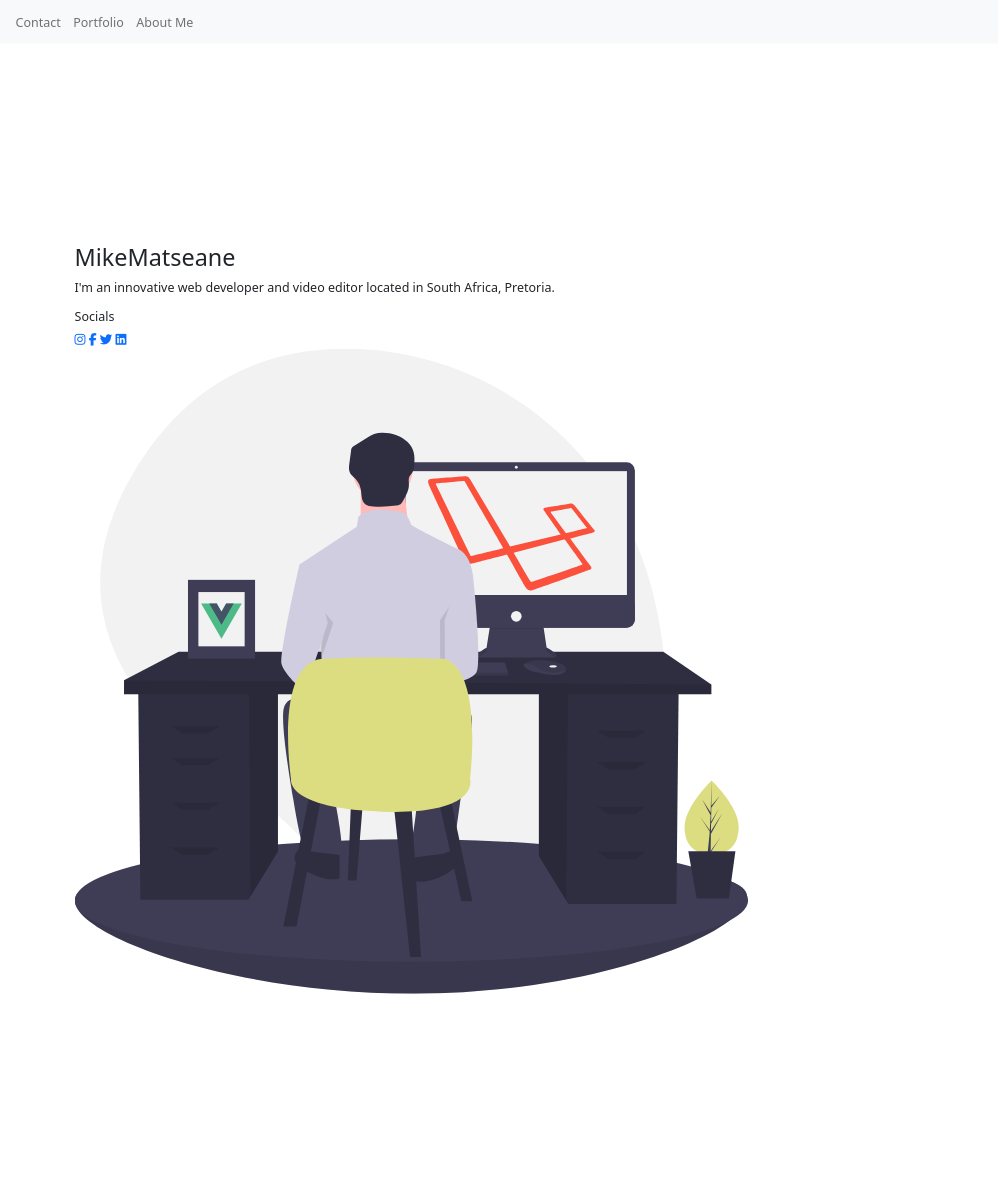
Repository: mikempho/resume10-Final
Page: resume10.html
These files come from the project's save history. The page is drawn as it stood at one moment and after the next save; the edit follows.
The browser window is 1280 px wide. The pictures show the whole page, at 78% of full size.
Some web libraries are served in a nearby version.

Above is the page before, as saved 2022-05-16 13:52:03.

After the next save:
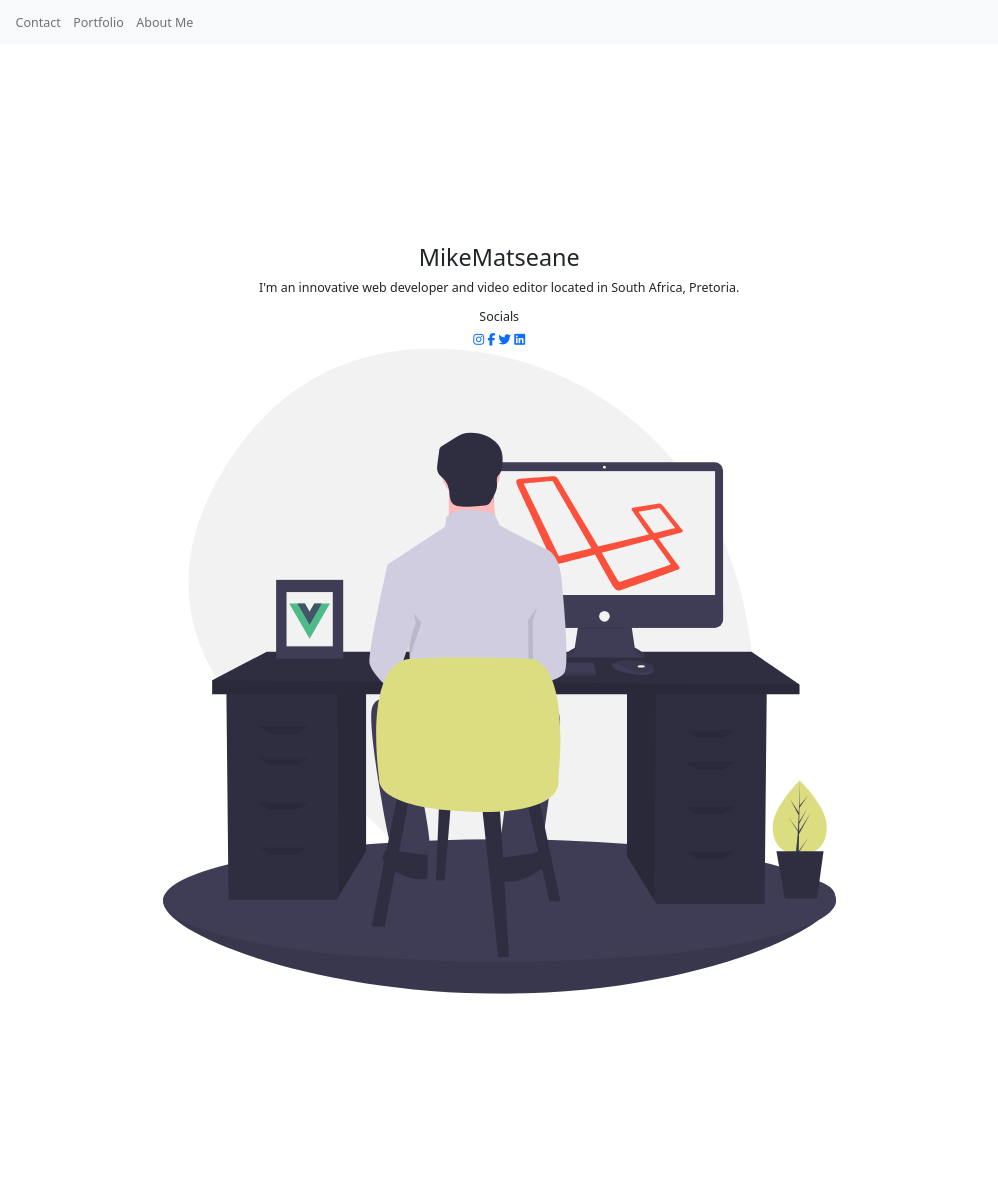
Saved 55 s later.
--- a/css/style.css
+++ b/css/style.css
@@ -10,6 +10,9 @@ h1 {
 }
 
 /* header section*/
+.header {
+    text-align: center;
+}
 /* hero section */
 .hero {
     padding: 20% 2%;
